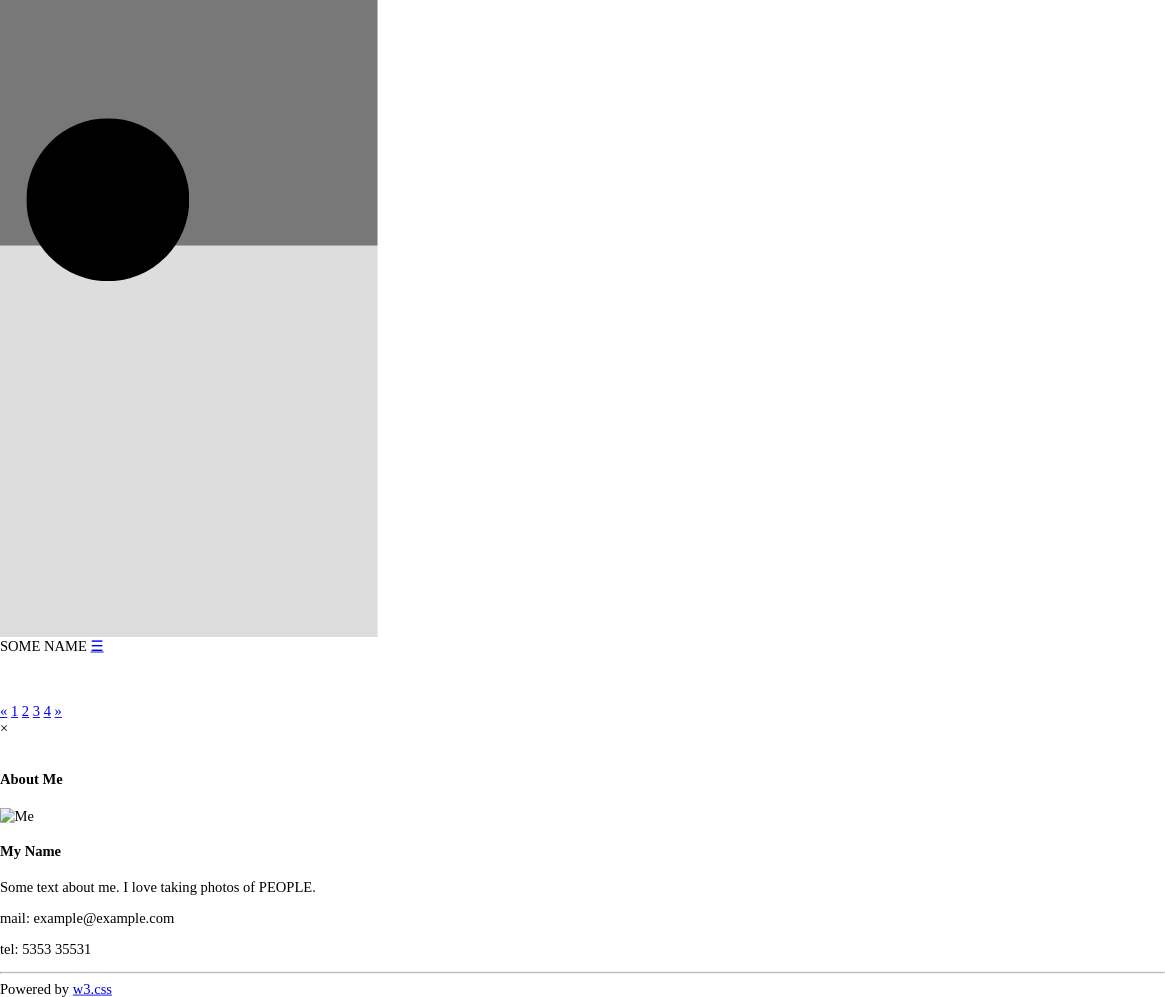
Repository: Jennica1/Frontend-Final
Page: index.html
These files come from the project's save history. The page is drawn as it stood at one moment and after a run of saves; the edit follows.
The browser window is 1280 px wide. The pictures show the whole page, at 91% of full size.

Above is the page before, as saved 2024-05-09 20:54:17.

After the next 2 saves:
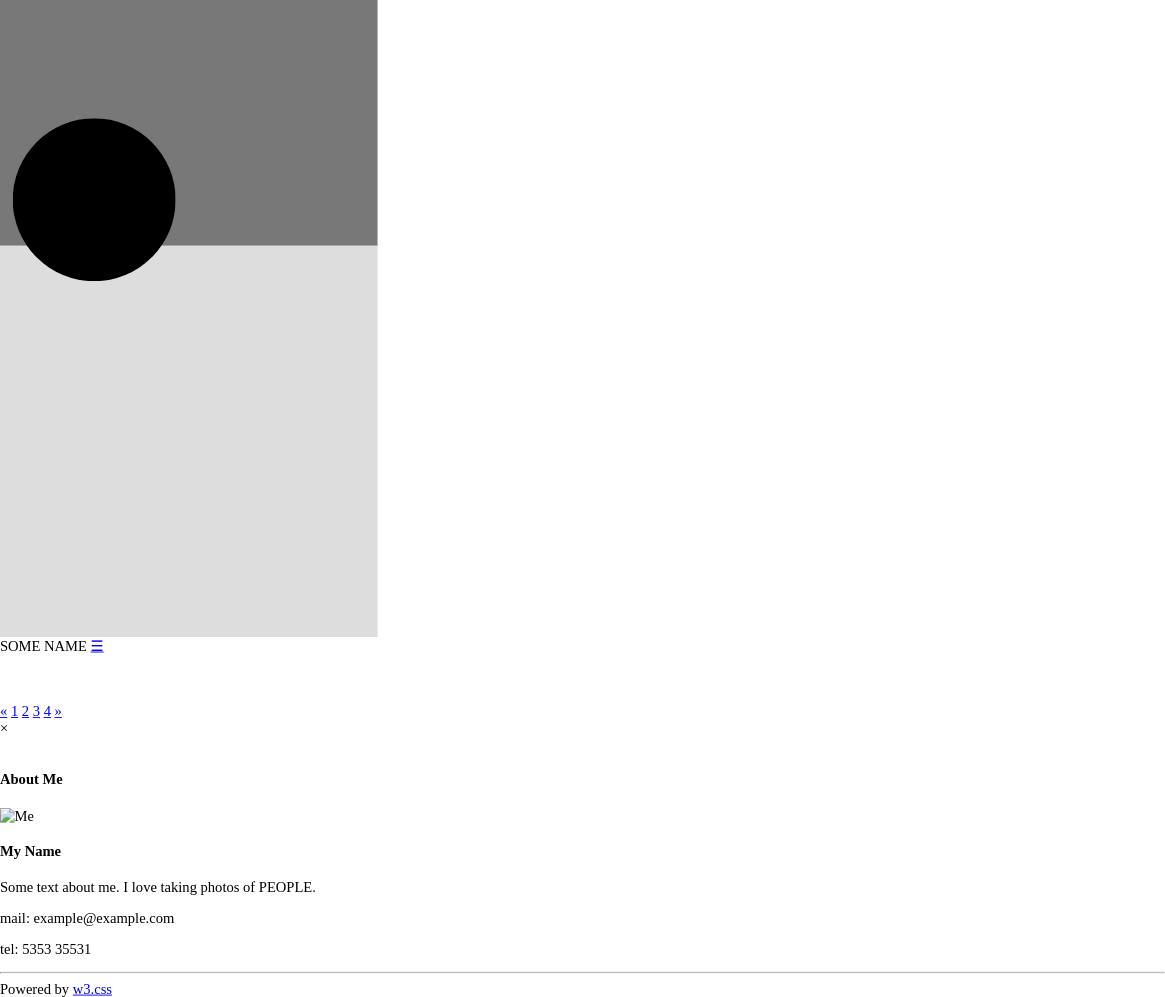
The 2 saves are shown as one change because they came seconds apart.
The last was saved 9 s later.
--- a/style.css
+++ b/style.css
@@ -18,7 +18,7 @@ body {
   z-index: 1;
   position: absolute;
   margin-top: 18vh;
-  margin-left: 4vh;
+  margin-left: 2vh;
 }
 
 .background-photo {
